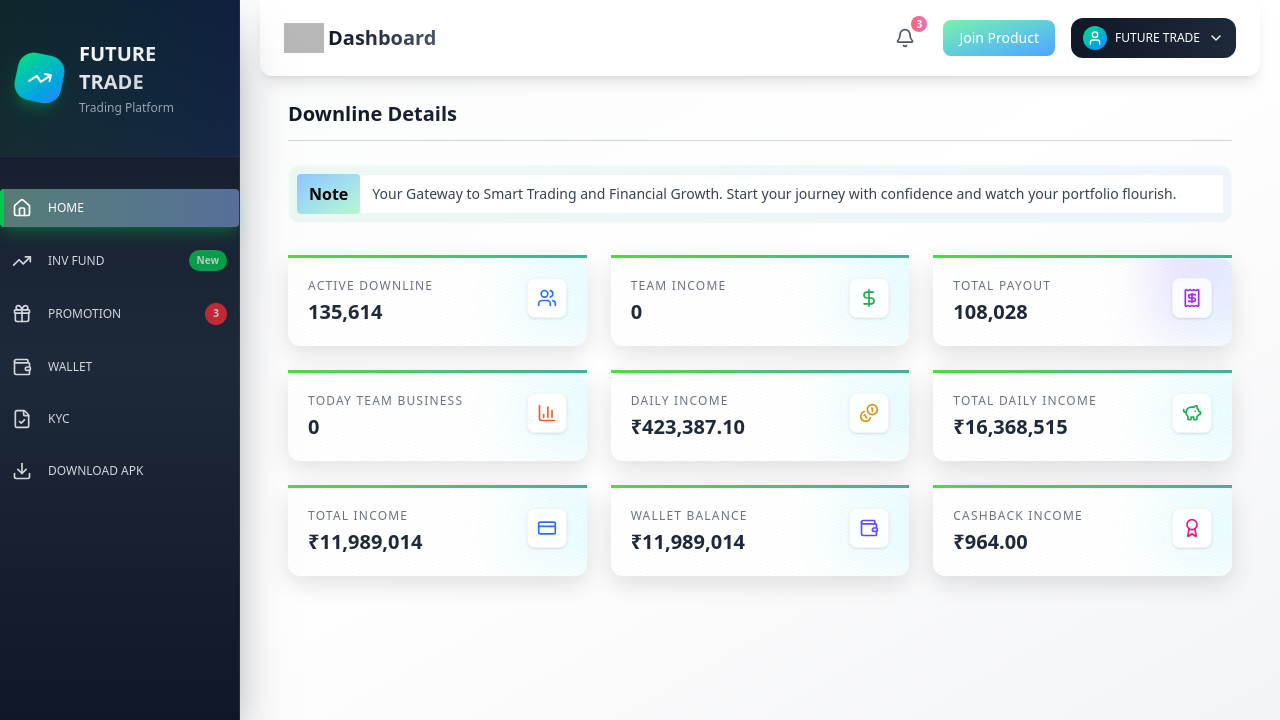
Repository: GauraVPandeyyy/Trade
Page: /
The author's editor kept a copy of each file at every save. The page is drawn from the files as they stood at one save, then again after the next save.
The browser window is 1280 px wide. The pictures show the whole page.
Pictures or frames that could not be fetched are drawn as grey boxes. The project was rebuilt for these pictures with package versions that can differ from the ones it lists, and the page was loaded fresh each time. Some packages were replaced by stand-ins written for this rebuild. Also part of the build but not shown: vite.config.js, src/pages/Home.jsx, src/pages/InvFund.jsx, src/pages/Promotion.jsx, src/pages/Wallet.jsx, src/pages/Kyc.jsx, src/pages/DownloadApk.jsx.

Above is the page before, as saved 2025-08-02 13:50:48.

After the next save:
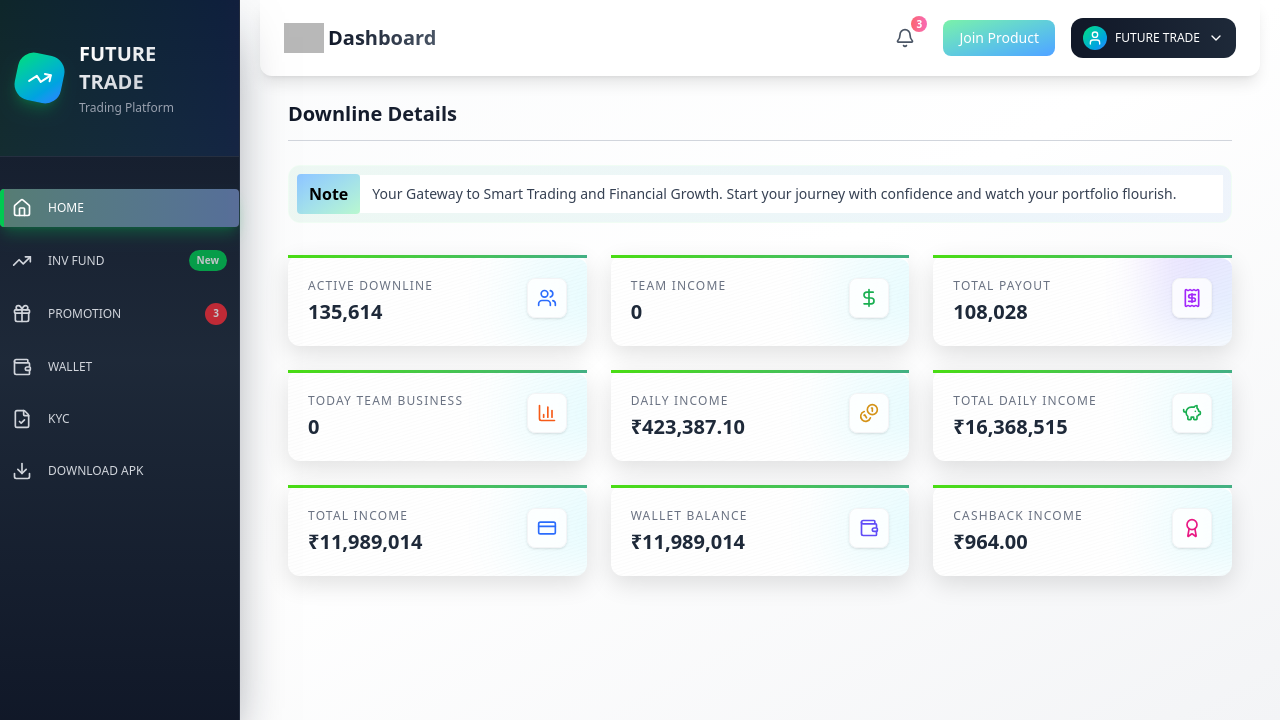
Saved 5 s later.
--- a/src/components/DashboardCard.jsx
+++ b/src/components/DashboardCard.jsx
@@ -60,7 +60,7 @@
     hover:-translate-y-2 cursor-pointer
     group
   `}
-      style={{ transitionDelay: `${delay}ms`, borderImage: 'linear-gradient(to bottom right, #4ade40, #3b82f6) 1',
+      style={{ transitionDelay: `${delay}ms`, borderImage: 'linear-gradient(to bottom right, #4ade10, #3b82f6) 1',
     borderImageSlice: 3,
 
  }}
